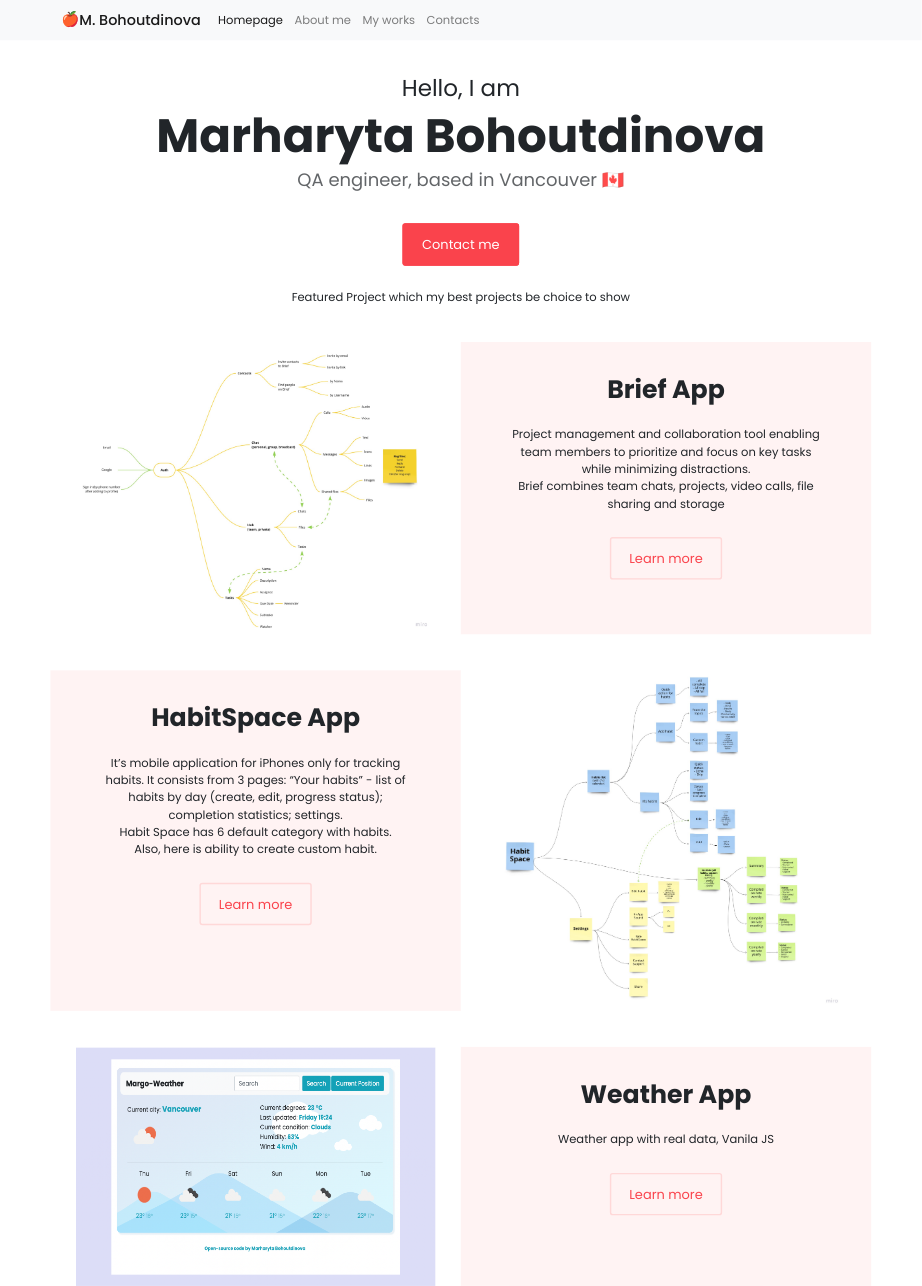
Repository: Bohoutdinova/Portfolio_week-4
Page: index.html
The author's editor kept a copy of each file at every save. The page is drawn from the files as they stood at one save, then again after the next save.
The browser window is 1280 px wide. The pictures show the whole page, at 72% of full size.

Above is the page before, as saved 2022-08-12 16:52:10.

### index.html
<!DOCTYPE html>
<html lang="en">
  <head>
    <meta charset="UTF-8" />
    <meta http-equiv="X-UA-Compatible" content="IE=edge" />
    <meta name="viewport" content="width=device-width, initial-scale=1.0" />
    <title>M. Bohoutdinova - QA engineer</title>
    <meta
      name="description"
      content="M. Bohoutdinova - QA engineer, situated in Vancouver"
    />
    <link
      rel="stylesheet"
      href="https://cdn.jsdelivr.net/npm/bootstrap@4.3.1/dist/css/bootstrap.min.css"
      integrity="sha384-ggOyR0iXCbMQv3Xipma34MD+dH/1fQ784/j6cY/iJTQUOhcWr7x9JvoRxT2MZw1T"
      crossorigin="anonymous"
    />
    <script
      src="https://code.jquery.com/jquery-3.3.1.slim.min.js"
      integrity="sha384-q8i/X+965DzO0rT7abK41JStQIAqVgRVzpbzo5smXKp4YfRvH+8abtTE1Pi6jizo"
      crossorigin="anonymous"
    ></script>
    <script
      src="https://cdn.jsdelivr.net/npm/popper.js@1.14.7/dist/umd/popper.min.js"
      integrity="sha384-UO2eT0CpHqdSJQ6hJty5KVphtPhzWj9WO1clHTMGa3JDZwrnQq4sF86dIHNDz0W1"
      crossorigin="anonymous"
    ></script>
    <script
      src="https://cdn.jsdelivr.net/npm/bootstrap@4.3.1/dist/js/bootstrap.min.js"
      integrity="sha384-JjSmVgyd0p3pXB1rRibZUAYoIIy6OrQ6VrjIEaFf/nJGzIxFDsf4x0xIM+B07jRM"
      crossorigin="anonymous"
    ></script>
    <link rel="stylesheet" href="/src/style.css" />
    <link rel="preconnect" href="https://fonts.googleapis.com" />
    <link rel="preconnect" href="https://fonts.gstatic.com" crossorigin />
    <link rel="preconnect" href="https://fonts.googleapis.com" />
    <link rel="preconnect" href="https://fonts.gstatic.com" crossorigin />
    <link
      href="https://fonts.googleapis.com/css2?family=Abril+Fatface&family=Poppins:wght@100;400;500;700&display=swap"
      rel="stylesheet"
    />
  </head>
  <body>
    <nav class="navbar navbar-expand-lg navbar-light bg-light">
      <div class="container">
        <a class="navbar-brand" href="/index.html" title="Homepage"
          >M. Bohoutdinova</a
        >
        <button
          class="navbar-toggler"
          type="button"
          data-toggle="collapse"
          data-target="#navbarNav"
          aria-controls="navbarNav"
          aria-expanded="false"
          aria-label="Toggle navigation"
        >
          <span class="navbar-toggler-icon"></span>
        </button>
        <div class="collapse navbar-collapse" id="navbarNav">
          <ul class="navbar-nav">
            <li class="nav-item active">
              <a class="nav-link" href="/index.html" title="Homepage"
                >Homepage <span class="sr-only">(current)</span></a
              >
            </li>
            <li class="nav-item">
              <a
                class="nav-link"
                href="/about.html"
                title="About M. Bohoutdinova"
                >About me</a
              >
            </li>
            <li class="nav-item">
              <a class="nav-link" href="/works.html" title="My works"
                >My works</a
              >
            </li>
            <li class="nav-item">
              <a class="nav-link" href="#" title="Contact with M. Bohoutdinova"
                >Contacts</a
              >
            </li>
          </ul>
        </div>
      </div>
    </nav>
    <div class="container mt-5">
      <div class="hero-page mt-5">
        <h2>Hello, I am</h2>
        <h1 class="name">Marharyta Bohoutdinova</h1>
        <h3>QA engineer, based in Vancouver 🇨🇦</h3>
        <a href="#" class="contact-me rounded" title="Contact me">Contact me</a>
      </div>
      <p class="about-app mt-5">
        Featured Project which my best projects be choice to show
      </p>
      <div class="row">
        <div class="col d-none d-lg-block">
          <img
            src="/images/Brief.jpeg"
            alt="Brief-app"
            class="img-fluid"
            width="500"
          />
        </div>
        <div class="col app">
          <div class="app-description">
            <h2 class="app-name">Brief App</h2>
            <p class="app-description-p">
              Project management and collaboration tool enabling team members to
              prioritize and focus on key tasks while minimizing distractions.
              <br />
              Brief combines team chats, projects, video calls, file sharing and
              storage
            </p>
            <a
              href="https://fog-leaf-033.notion.site/Brief-project-3a08bc24c317428387abc1d3a0c38bfe"
              class="app-link rounded"
              title="Brief - learn more"
              target="_blank"
              >Learn more</a
            >
          </div>
        </div>
      </div>

      <div class="row">
        <div class="col app">
          <div class="app-description">
            <h2 class="app-name">HabitSpace App</h2>
            <p class="app-description-p">
              It’s mobile application for iPhones only for tracking habits. It
              consists from 3 pages: “Your habits” - list of habits by day
              (create, edit, progress status); completion statistics; settings.
              <br />Habit Space has 6 default category with habits. <br />
              Also, here is ability to create custom habit.
            </p>
            <a
              href="https://fog-leaf-033.notion.site/Habit-Space-project-0ca4871f7ebe4eb3bdfdc0d34e2a29ba"
              class="app-link rounded"
              title="Habitspace - learn more"
              target="_blank"
              >Learn more</a
            >
          </div>
        </div>
        <div class="col d-none d-lg-block">
          <img
            src="/images/Habit_space.jpeg"
            alt="HabitSpace-app"
            class="img-fluid"
            width="500"
          />
        </div>
      </div>

      <div class="row">
        <div class="col d-none d-lg-block">
          <img
            src="/images/Weather-app.png"
            alt="Weather-app"
            class="img-fluid"
            width="500"
          />
        </div>
        <div class="col app">
          <div class="app-description">
            <h2 class="app-name">Weather App</h2>
            <p class="app-description-p">
              Weather app with real data, Vanila JS
            </p>
            <a
              href="https://sprightly-kitsune-79868f.netlify.app/"
              class="app-link rounded"
              title="Weather-app - learn more"
              target="_blank"
              >Learn more</a
            >
          </div>
        </div>
      </div>
    </div>
  </body>
</html>

### src/style.css
:root {
  --main-family-font: "Poppins", sans-serif;
  --main-color: #fa434c;
}
body {
  font-family: var(--main-family-font);
}

.navbar-brand {
  position: relative;
  padding-left: 25px;
  font-weight: 500;
}

.navbar-brand:before {
  position: absolute;
  content: "🍎";
  left: 0;
  top: 3px;
}

.navbar-brand:hover:before {
  content: "🍏";
}
.hero-page {
  text-align: center;
}

h2 {
  font-weight: 400;
}
h1 {
  font-weight: 700;
  font-size: 65px;
}
h3 {
  font-size: 25px;
  font-weight: 400;
  opacity: 70%;
}
.hero-page h3 {
  margin-bottom: 60px;
}
img {
  display: block;
  margin: 0 auto;
  text-align: center;
}
.col-sm-6 {
  padding: 0;
}
.contact-me {
  padding: 15px 25px;
  background-color: var(--main-color);
  color: white;
  font-size: 18px;
  border: 2px solid var(--main-color);
}
.contact-me:hover {
  color: var(--main-color);
  background-color: white;
  border-color: var(--main-color);
  text-decoration: none;
}
.about-app {
  text-align: center;
}
.app-name {
  font-size: 35px;
  font-weight: 700;
}
.app {
  background-color: rgb(255, 216, 216, 30%);
}
.app-description {
  padding: 15px 25px;
  margin: 30px;
  text-align: center;
}
.app-description-p {
  margin-top: 30px;
  margin-bottom: 50px;
}
.app-link {
  color: var(--main-color);
  padding: 15px 25px;
  font-size: 18px;
  border: 2px solid rgb(255, 216, 216);
}
.app-link:hover {
  text-decoration: none;
  color: black;
}
.row {
  margin-top: 50px;
}
.about-description {
  text-align: left;
}
@media (max-width: 900px) {
  h1 {
    font-size: 45px;
  }
  h3 {
    font-size: 20px;
  }
  .row {
    margin-top: 0;
  }
}
.about-page {
  text-align: center;
}
.works-app-head {
  color: black;
  opacity: 100%;
  font-size: 20px;
  font-weight: 700;
}
.works-p {
  font-size: 12px;
}

After the next save:
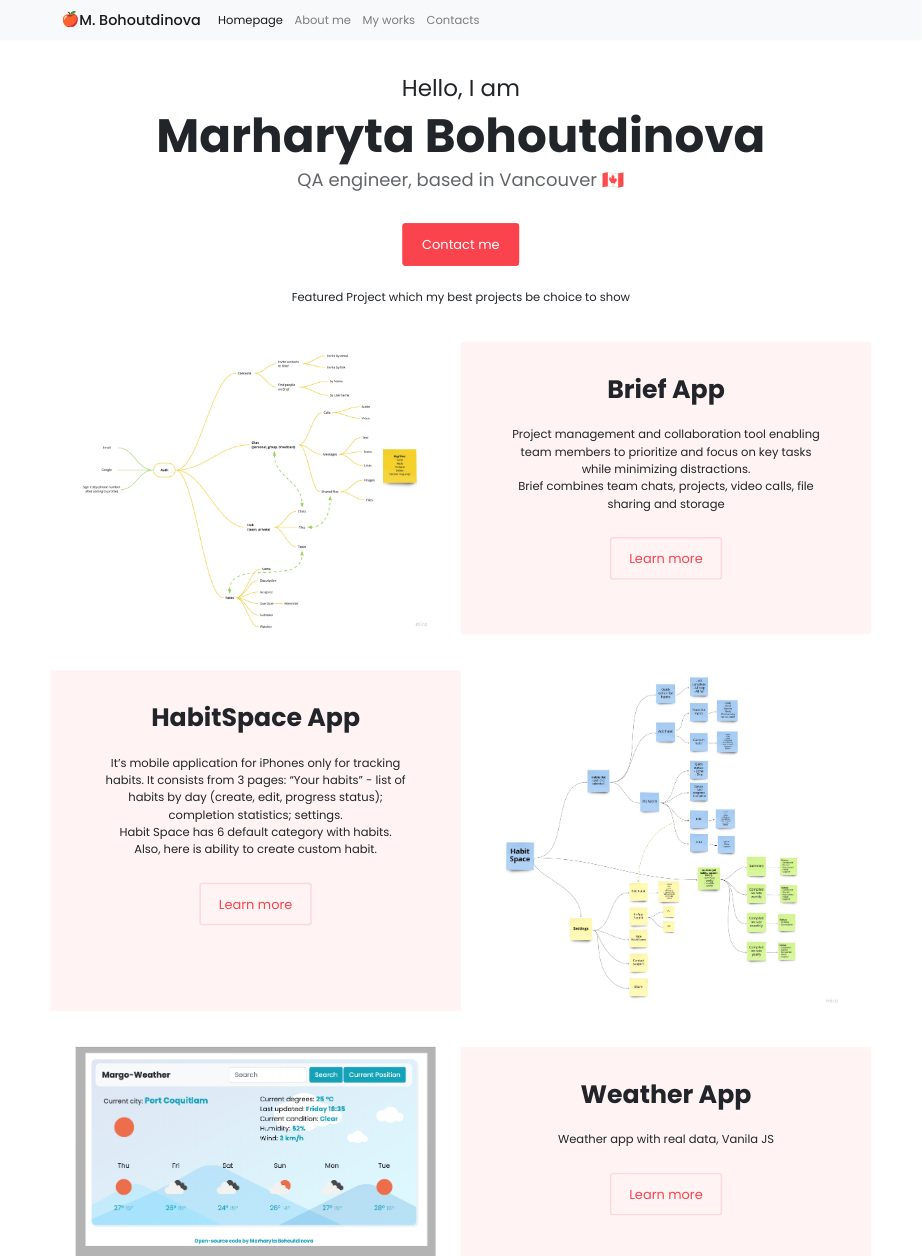
Saved 13 min 17 s later.
--- a/index.html
+++ b/index.html
@@ -159,7 +159,7 @@
       <div class="row">
         <div class="col d-none d-lg-block">
           <img
-            src="/images/Weather-app.png"
+            src="/images/Weather_1.png"
             alt="Weather-app"
             class="img-fluid"
             width="500"
